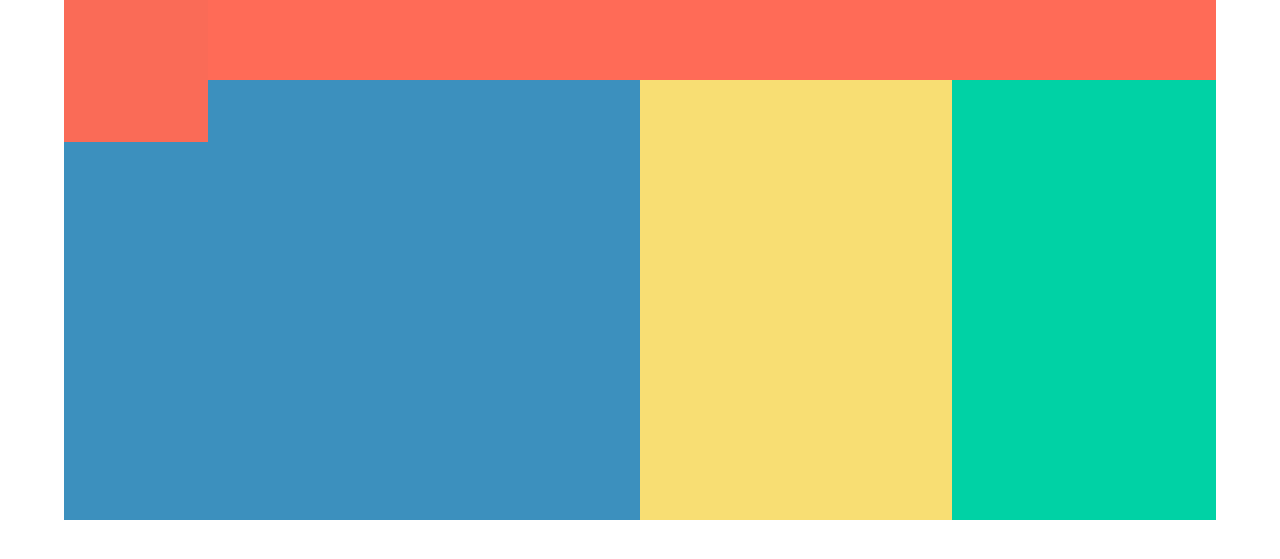
Repository: bongbong3/Study
Page: http://localhost/ResponsiveWebMake/
An editor plug-in stored every save of this project. The page is shown before and after the next save, followed by the edit.
The browser window is 1280 px wide. The pictures show the whole page.
The page is served by Tomcat 9.

Above is the page before, as saved 2018-06-23 09:42:54.

After the next save:
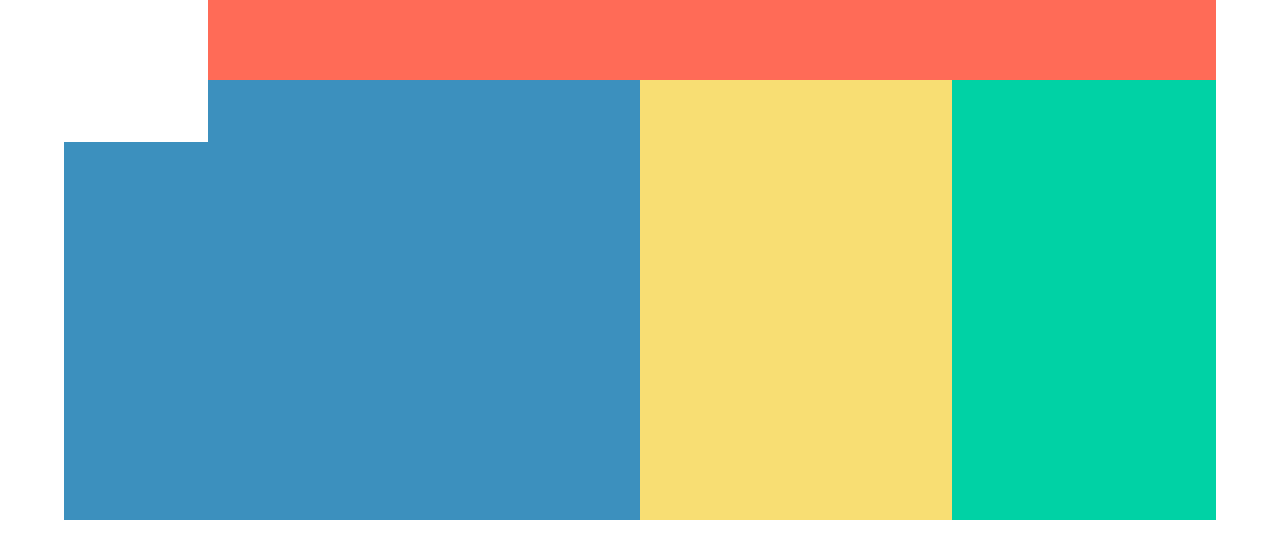
Saved 11 s later.
--- a/HTML/ResponsiveWebMake/src/main/webapp/WEB-INF/views/home.jsp
+++ b/HTML/ResponsiveWebMake/src/main/webapp/WEB-INF/views/home.jsp
@@ -28,7 +28,7 @@
 left:0;
 width:12.5%;
 height:142px;
-background:#fa6b57;
+background:#ffffff;
 }
 .header nav{
 width:87.5%;

After the save that followed:
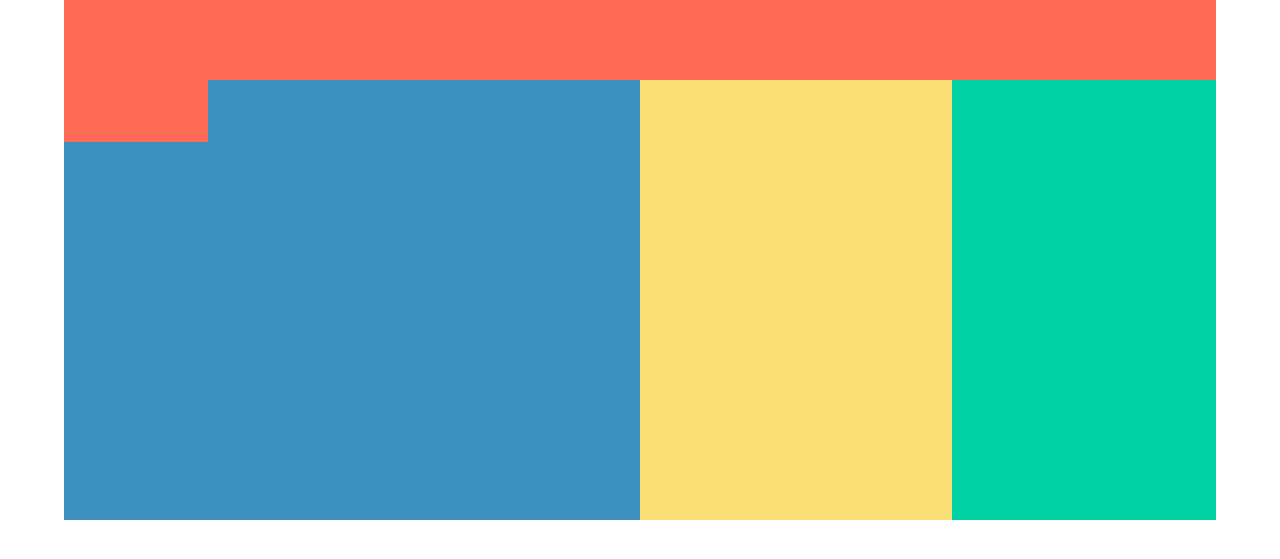
Saved 44 s later.
--- a/HTML/ResponsiveWebMake/src/main/webapp/WEB-INF/views/home.jsp
+++ b/HTML/ResponsiveWebMake/src/main/webapp/WEB-INF/views/home.jsp
@@ -28,7 +28,7 @@
 left:0;
 width:12.5%;
 height:142px;
-background:#ffffff;
+background:#ff6b57;
 }
 .header nav{
 width:87.5%;
